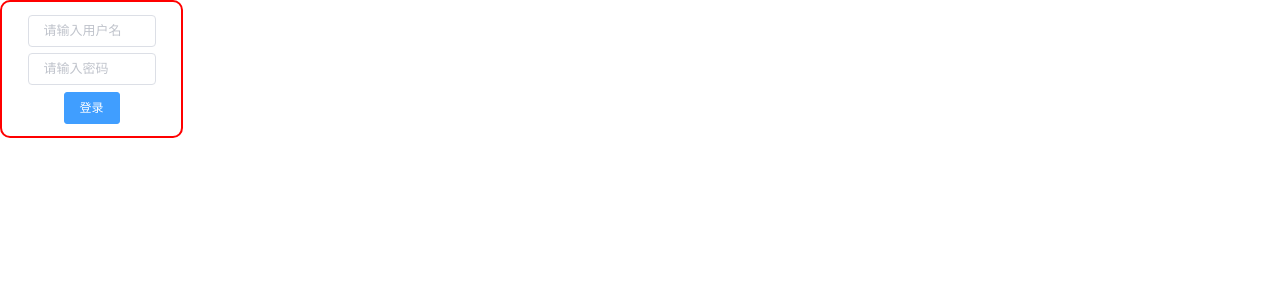
Repository: faintout/backMng
Page: /#/login (app in backmng/)
These files come from the project's save history. The page is drawn as it stood at one moment and after the next save; the edit follows.
The browser window is 1280 px wide. The pictures show the whole page.
The project was rebuilt for these pictures with package versions that can differ from the ones it lists, and the page was loaded fresh each time. Also part of the build but not shown: backmng/vue.config.js, backmng/src/views/headerTop.vue, backmng/src/views/layout.vue, backmng/src/views/_index.vue, backmng/src/views/addList.vue, backmng/src/views/list.vue.

Above is the page before, as saved 2020-12-30 19:33:21.

After the next save:
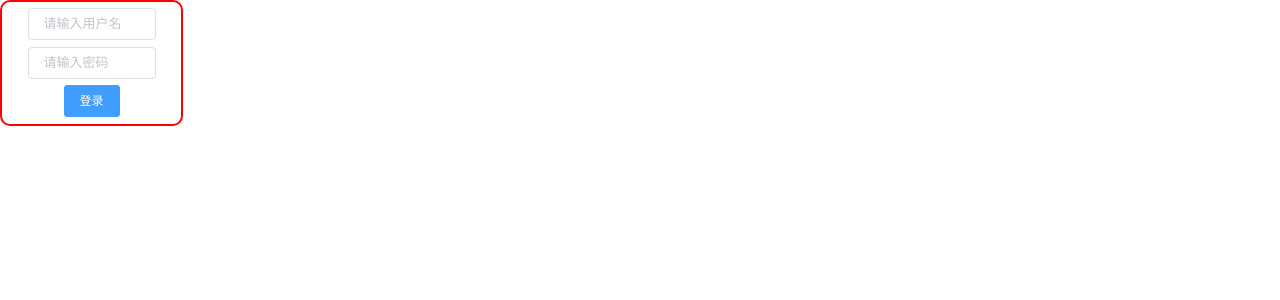
Saved 6 s later.
--- a/backmng/src/views/login.vue
+++ b/backmng/src/views/login.vue
@@ -53,7 +53,7 @@
     width: 10%;
     border: 2px solid red;
     border-radius: 10px;
-    padding:1% 2%
+    padding:.5% 2%
 }
 .bgc{
     width: 100%;
